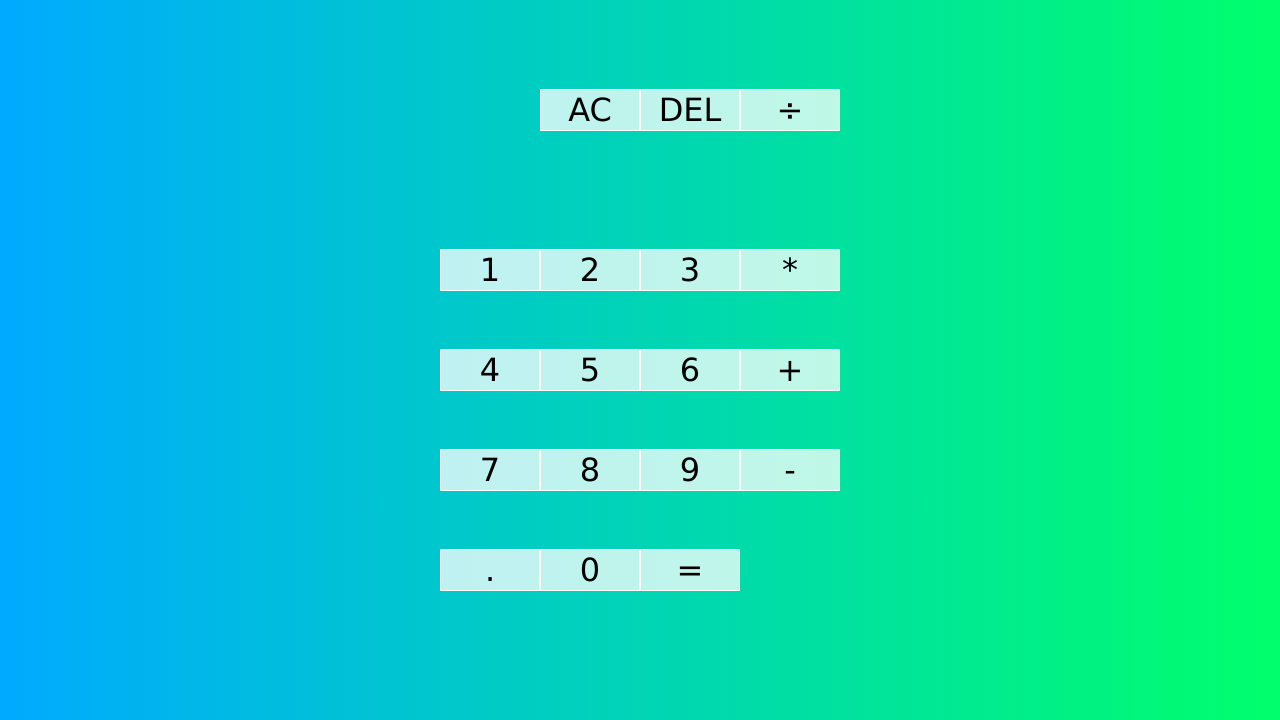
Repository: devkthines/js-calculator
Page: index.html
An editor plug-in stored every save of this project. The page is shown before and after a run of saves, followed by the edit.
The browser window is 1280 px wide. The pictures show the whole page.
The pointer rests on the first visible `.calculator-grid> button`.

Above is the page before, as saved 2023-12-18 21:53:25.

### index.html
<!DOCTYPE html>
<html lang="en">
<head>
    <meta charset="UTF-8">
    <meta name="viewport" content="width=device-width, initial-scale=1.0">
    <title>Calculator</title>
    <link rel="stylesheet" href="styles.css">
    <script src="script.js" defer></script>
</head>
<body>
    <!-- Wrapper for buttons and elements on the screen -->
<div class="calculator-grid">
    <!-- Screen For Output -->
<div class="output">
    <div class="previous-operand"></div>
    <div class="current-operand"></div>
</div>
<!-- Buttons to control calculator -->
<button class="span-two">AC</button>
<button >DEL</button>
<button >÷</button>
<button >1</button>
<button >2</button>
<button >3</button>
<button >*</button>
<button >4</button>
<button >5</button>
<button >6</button>
<button >+</button>
<button >7</button>
<button >8</button>
<button >9</button>
<button >-</button>
<button >.</button>
<button >0</button>
<button class="span-two">=</button>
</div>

</body>
</html>

### styles.css
*,*::before,*::after{
    box-sizing: border-box;
    margin: 0;
    /* what font is used in demonstration. Need to install on computer */
    /* font-family: Gotham Rounded, sans-serif; */
    font-family: 'Lucida Sans', 'Lucida Sans Regular', 'Lucida Grande', 'Lucida Sans Unicode', Geneva, Verdana, sans-serif;
    font-weight: normal;
}
body{
    padding: 0;
    margin: 0;
    background: linear-gradient(to right, #00AAFF, #00FF6C);
}

.calculator-grid{
    display: grid;
    justify-content: center;
    align-items: center;
    /* Stating for the calculator to take up space on screen vertically at all times */
    min-height: 100vh;
    grid-template-columns: repeat(4,100px);
    /* To expand the columns due to output with large number inputs */
    grid-template-rows: minmax(120px, auto)repeat(5,100px);
}

/* Selecting all buttons on grid */
.calculator-grid> button{
    /* hovering over buttons provide cursor */
    cursor: pointer;
    font-size: 2rem;
    border: 1px solid white;
    /* removing unneccessary outline that browser always provides by default on buttons*/
    outline: none;
    /* slightly opaque */
    background-color: rgba(255, 255, 255, .75);
}

.calculator-grid> button:hover{
    background-color: ;

Loaded but not shown: script.js (common file)

After the next 3 saves:
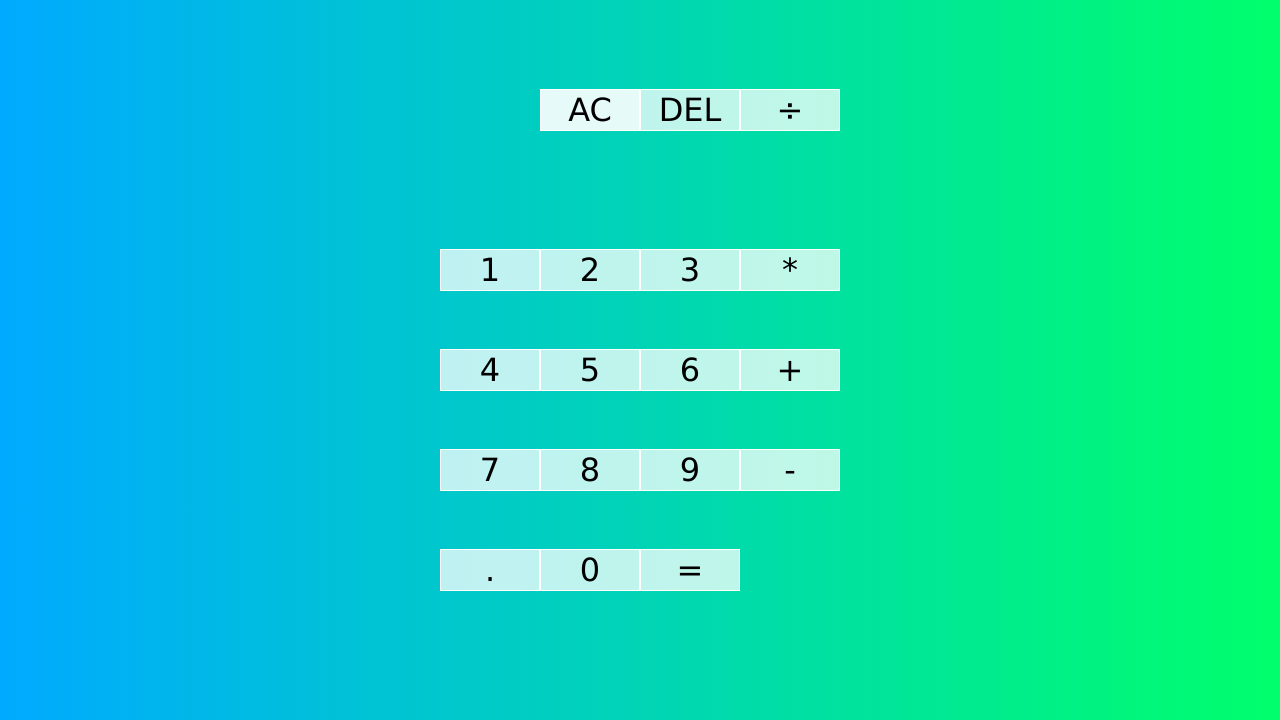
The 3 saves are shown as one change because they came seconds apart.
The last was saved 12 s later.
--- a/styles.css
+++ b/styles.css
@@ -36,4 +36,5 @@ body{
 }
 
 .calculator-grid> button:hover{
-    background-color: ;
+    background-color: rgba(255, 255, 255, .9);
+}
